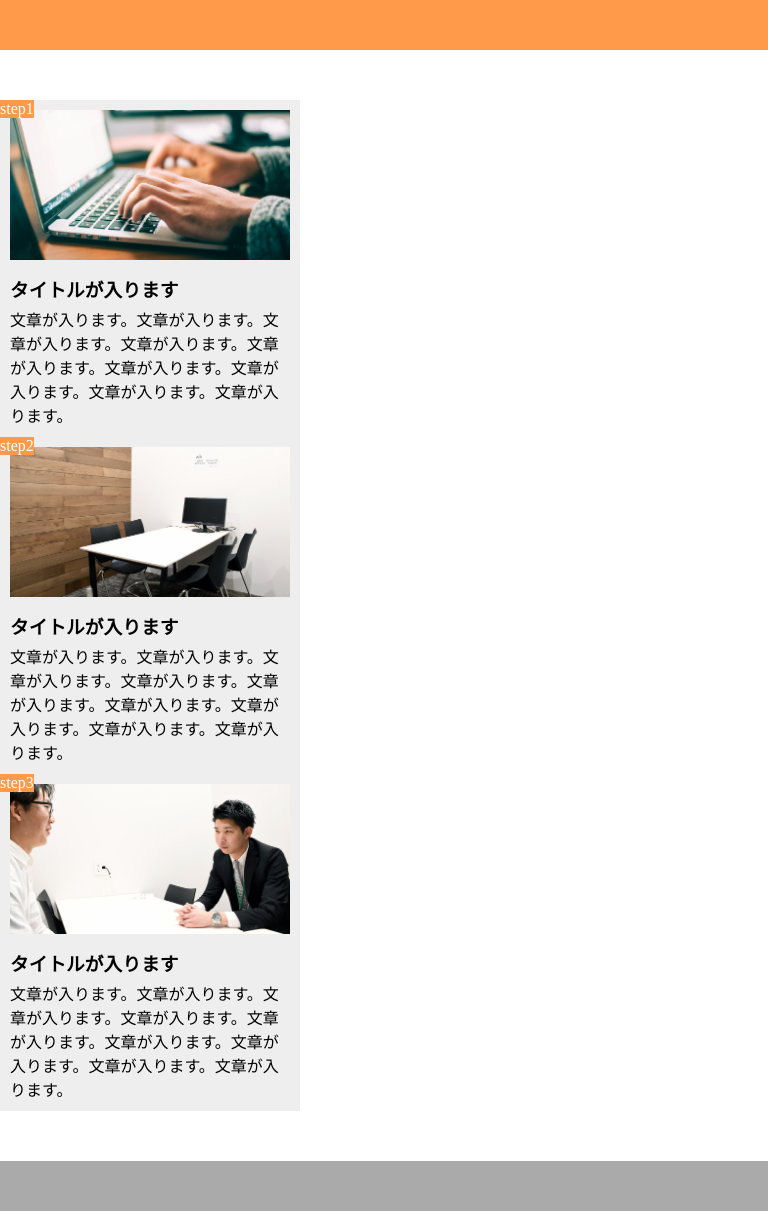
Repository: Tyubyasa/abc
Page: chapter9-2/chapter9-2.html
The author's editor kept a record of every edit. The page is drawn from the files as they stood at one moment, then again after the next edit.
The browser window is 768 px wide. The pictures show the whole page.

Above is the page before.

After the next edit:
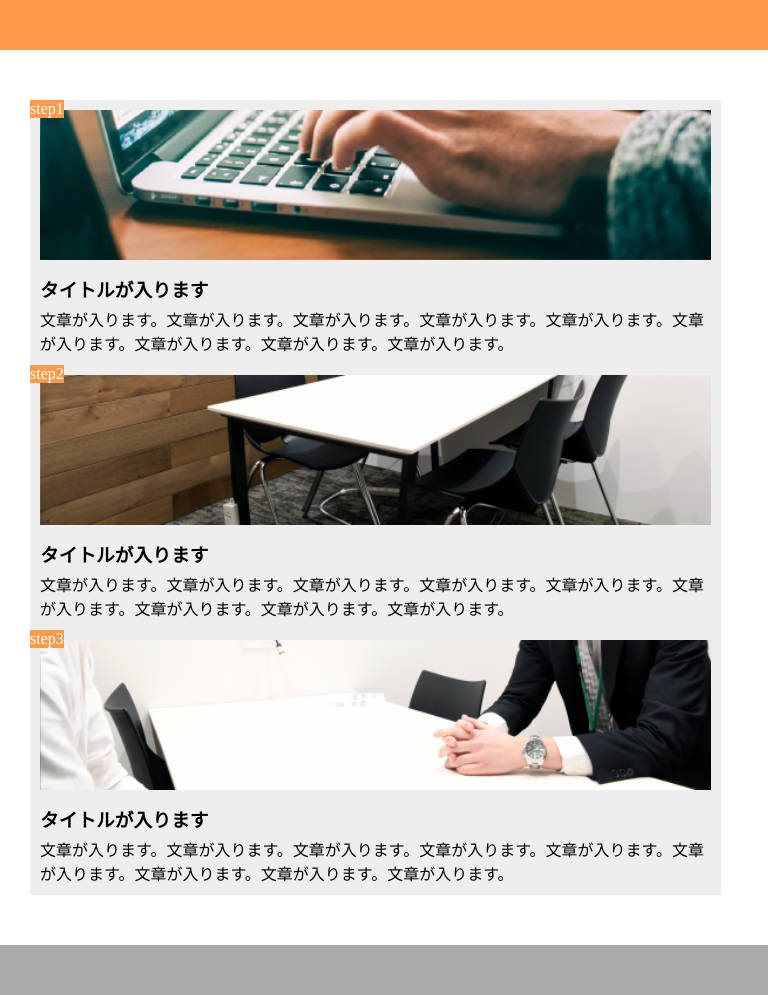
The edit:
--- a/chapter9-2/chapter9-2.css
+++ b/chapter9-2/chapter9-2.css
@@ -75,7 +75,7 @@
   margin:0; padding:0;
 }
 
-step-box {
+.step-box {
   width: 90%;
 margin-left: 30px;
 margin-right: 30px;
